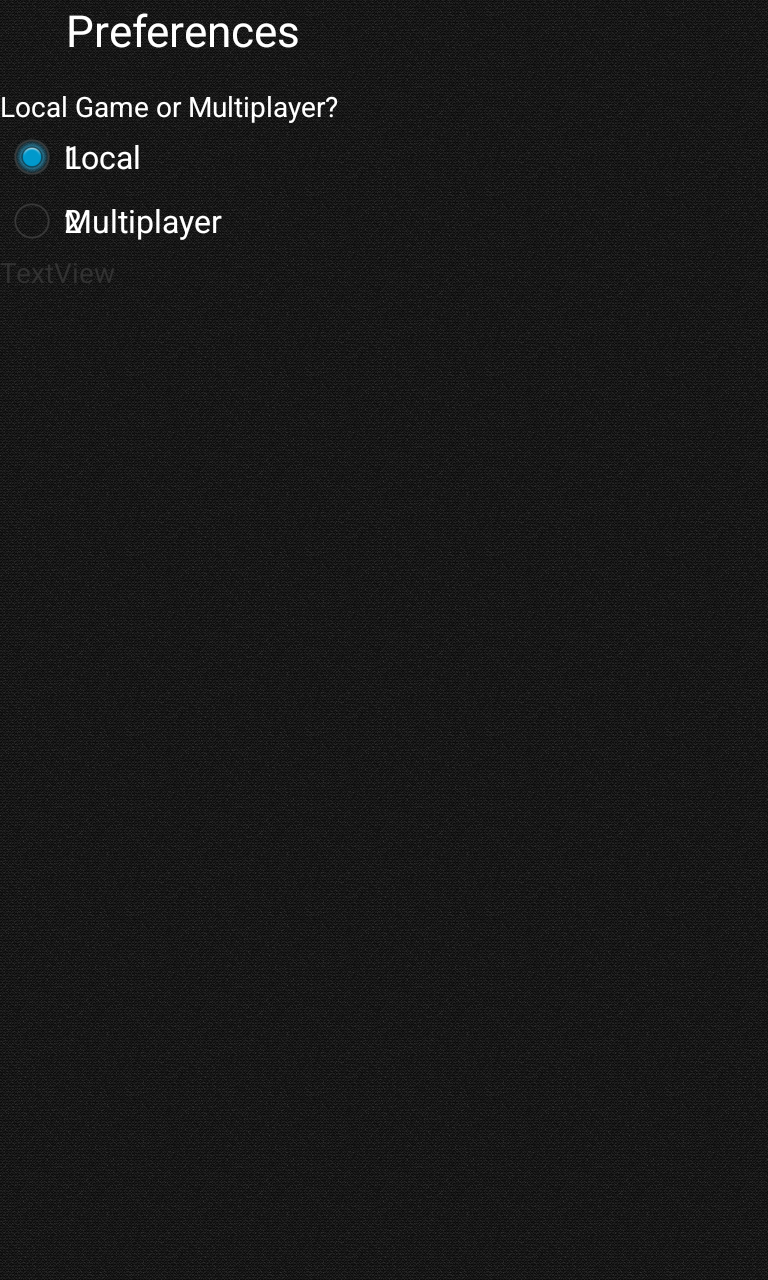
Repository: Tacohen/Killbots
Layout: Killbots/res/layout/settings.xml
The author's editor kept a copy of each file at every save. The layout is drawn from the files as they stood at one save, then again after the next save.
It is drawn on a 768 x 1280 px phone screen (xhdpi) without system bars, with theme AppTheme; the app's code is not run.

Above is the layout before, as saved 2013-12-14 03:01:34.

After the next save:
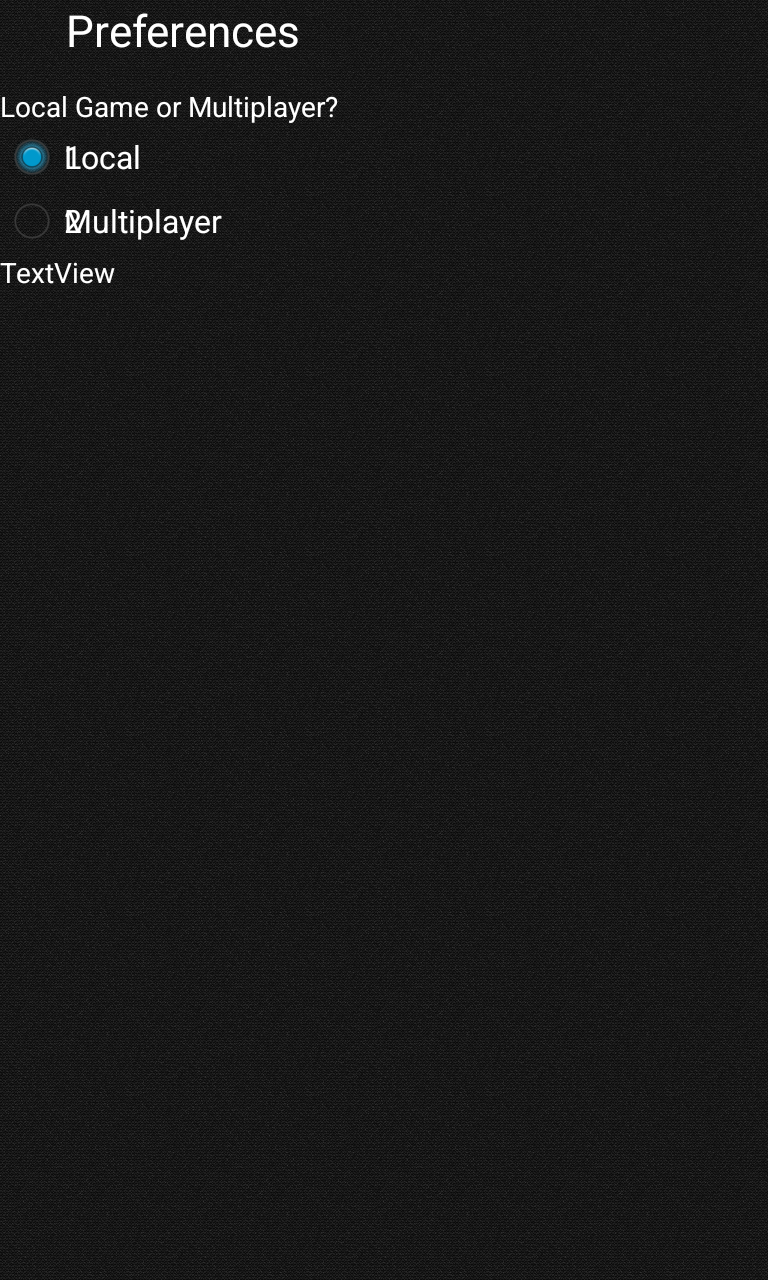
Saved 14 s later.
--- a/Killbots/res/layout/settings.xml
+++ b/Killbots/res/layout/settings.xml
@@ -67,6 +67,7 @@
         android:layout_height="wrap_content"
         android:layout_alignParentLeft="true"
         android:layout_alignTop="@+id/checkedid"
+        android:textColor="@android:color/white"
         android:text="TextView" />
 
         <RadioGroup
